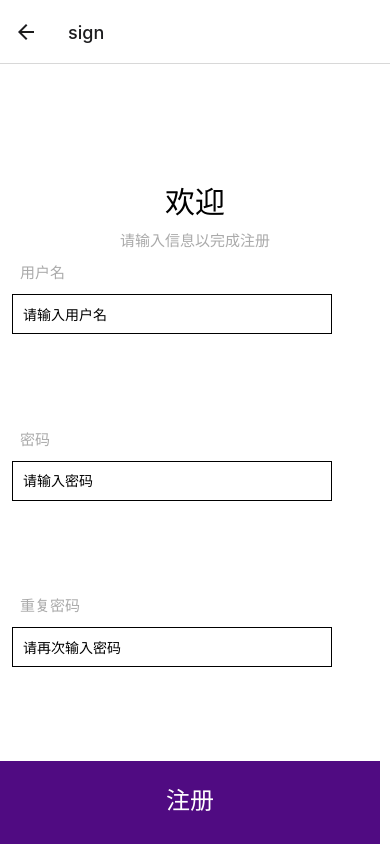
Repository: eyebone/barManager
Screen: /sign
An editor plug-in stored every save of this project. The screen is shown before and after a run of saves, followed by the edit.
The app was drawn by React Native's web renderer in a window 390 px wide. The project was rebuilt for these pictures with package versions that can differ from the ones it lists, and the page was loaded fresh each time. Some packages were replaced by stand-ins written for this rebuild. Also part of the build but not shown: components/EmojiPicker.js, components/Button.js, components/ImageViewer.js, components/circleButton.js, components/IconButton.js, view/ViewOne.js.

Above is the screen before, as saved 2023-06-26 15:18:40.

### App.js
// In App.js in a new project

import * as React from "react";
import { Button, View, Text, StyleSheet, Pressable, Alert } from "react-native";
// import React-native from 'react-native';
import { NavigationContainer } from "@react-navigation/native";
import { createNativeStackNavigator } from "@react-navigation/native-stack";
import { ViewOne } from "./view/ViewOne";
// import Button from "./components/Button";
import { SignView } from "./view/Sign";
import { LinearGradient } from "expo-linear-gradient";
import FontAwesome from "react-native-vector-icons/FontAwesome";
function HomeScreen({ navigation }) {
  return (
    <View style={styles.container}>
      <LinearGradient
        start={{ x: 0, y: 0 }}
        end={{ x: 1, y: 1 }}
        colors={["#5c0b82", "#480965", "#190641", "#070320", "#000000"]}
        style={styles.linearGradient}
      >
        <Text>Home Screen</Text>
        <Pressable
          style={(styles.button, { backgroundColor: "#faf2de" })}
          onPress={() => navigation.push("test")}
        >
          <FontAwesome name="home" size={26} style={{ paddingRight: 8 }} />
          <Text>go to detail</Text>
        </Pressable>

        <Button
          title="Go to Sign"
          onPress={() => navigation.navigate("sign")}
        />
        <Text style={styles.buttonText}>Sign in with Facebook</Text>
      </LinearGradient>
    </View>
  );
}

const Stack = createNativeStackNavigator();

function App() {
  return (
    <NavigationContainer style={styles.container}>
      <Stack.Navigator initialRouteName="Home">
        <Stack.Screen name="Home" component={HomeScreen} />
        <Stack.Screen name="test" component={ViewOne} />
        <Stack.Screen name="sign" component={SignView} />
      </Stack.Navigator>
    </NavigationContainer>
  );
}

export default App;

const styles = StyleSheet.create({
  container: {
    flex: 1,
    flexDirection: "column",
    backgroundColor: "#000000",
    //    alignItems: 'center',
  },
  linearGradient: {
    height: 740,
  },
  button: {
    borderRadius: 10,
    width: 300,
    height: 30,
    alignItems: "center",
    justifyContent: "center",
    flexDirection: "row",
  },
});

### view/Sign.js
import { StatusBar } from "expo-status-bar";
import { StyleSheet, View, Text } from "react-native";
import Button from "../components/Button";
import ImageViewer from "../components/ImageViewer";
import * as ImagePicker from "expo-image-picker";
import { useState } from "react";
const PlaceholderImage = require("../assets/images/background-image.png");
import * as React from "react";
import {
  FlatList,
  Image,
  Platform,
  Pressable,
  PixelRatio,
  TextInput,
} from "react-native";

//import {Text } from 'react-native';

export function SignView() {
  const [value, onChangeText] = React.useState("");

  return (
    <View style={styles.container}>
      {/* <Image source={require("../assets/bar/Back.png")} /> */}
      <View style={styles.welcomeContainer}>
        <Text style={styles.welcomeText} numberOfLines={1}>
          欢迎
        </Text>
        <Text style={styles.infoText}>请输入信息以完成注册</Text>
      </View>
      <View style={styles.inputBar}>
        <Text style={styles.smallText}>用户名</Text>
        <TextInput
          maxLength={40}
          onChangeText={(text) => onChangeText(text)}
          value={value}
          style={styles.input}
          placeholder="请输入用户名"
        />
      </View>
      <View style={styles.inputBar}>
        <Text style={styles.smallText}>密码</Text>
        <TextInput style={styles.input} placeholder="请输入密码" />
      </View>
      <View style={styles.inputBar}>
        <Text editable style={styles.smallText}>
          重复密码
        </Text>
        <TextInput
          style={styles.input}
          placeholder="请再次输入密码"
          //          onChangeText={onChange}
        />
      </View>
      <View style={styles.footerContainer}>
        <Text style={styles.regText}>注册</Text>
      </View>
    </View>
  );
}

const styles = StyleSheet.create({
  container: {
    flex: 1,
    flexDirection: "column",
    backgroundColor: "#fff",
    //    alignItems: 'center',
  },
  welcomeContainer: {
    flex: 1,
    backgroundColor: "#fff",
    alignItems: "center",
    marginTop: 114,
    height: 60,
  },
  welcomeText: {
    fontSize: PixelRatio.getFontScale() * 30,
    //    fontFamily: STKaiti,
  },
  infoText: {
    color: "#aaa",
    fontSize: PixelRatio.getFontScale() * 15,
    lineHeight: 38,
  },
  imageContainer: {
    flex: 1,
    paddingTop: 58,
  },
  smallText: {
    fontSize: PixelRatio.getFontScale() * 15,
    color: "#aaa",
    marginLeft: 20,
  },
  footerContainer: {
    flex: 1,
    alignItems: "center",
    backgroundColor: "#500B82",
    width: 380,
    height: 57,
    bottom: 0,
    //      marginTop: 600,
    //      paddingTop: 737,
  },
  inputBar: {
    flex: 2,
    // borderBottomColor: "#000",
    // borderBottomWidth: 1,
  },
  regText: {
    fontSize: PixelRatio.getFontScale() * 24,
    color: "#fff",
    margin: 20,
  },
  input: {
    height: 40,
    margin: 12,
    borderWidth: 1,
    padding: 10,
    width: 320,
  },
});

After the next 2 saves:
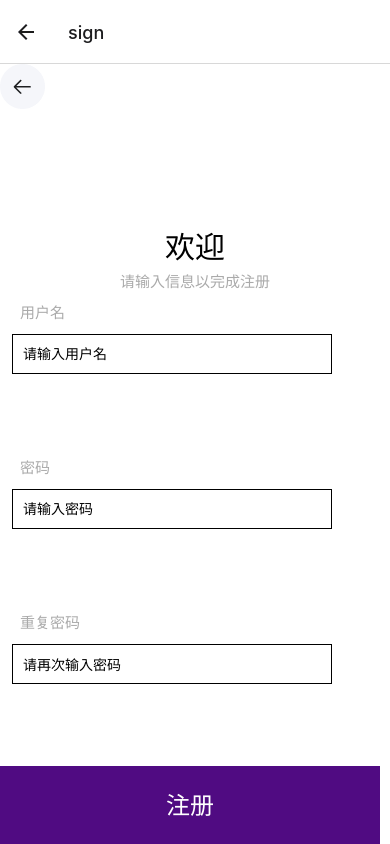
The 2 saves are shown as one change because they came seconds apart.
The last was saved 83 s later.
--- a/view/Sign.js
+++ b/view/Sign.js
@@ -22,7 +22,9 @@ export function SignView() {
 
   return (
     <View style={styles.container}>
-      {/* <Image source={require("../assets/bar/Back.png")} /> */}
+      <Image source={require("../assets/bar/Back.png")}
+
+      />
       <View style={styles.welcomeContainer}>
         <Text style={styles.welcomeText} numberOfLines={1}>
           欢迎
